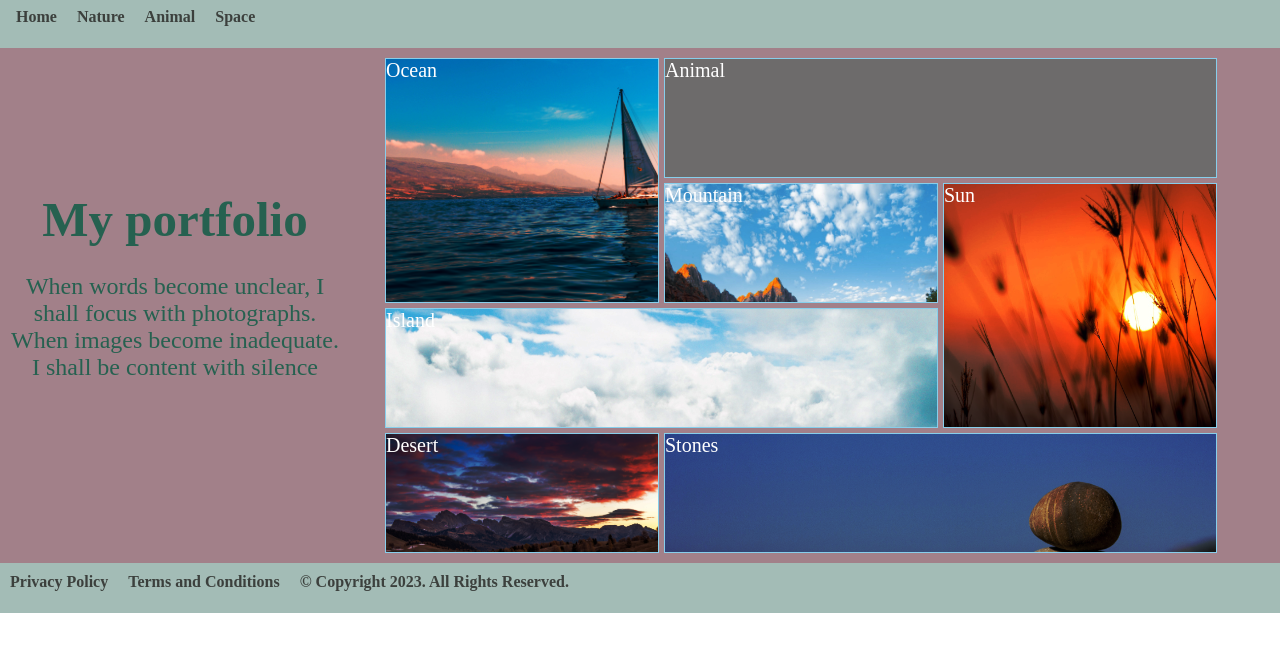
Repository: suraj-yadav7/03_Gallery_Portfolio
Page: index.html
These files come from the project's save history. The page is drawn as it stood at one moment and after the next save; the edit follows.
The browser window is 1280 px wide. The pictures show the whole page.
Pictures or frames that could not be fetched are drawn as grey boxes. Some web fonts or font styles are not loaded; a fallback is used.

Above is the page before, as saved 2023-02-14 22:08:34.

### index.html
<!DOCTYPE html>
<html lang="en">
<head>
    <meta charset="UTF-8">
    <meta http-equiv="X-UA-Compatible" content="IE=edge">
    <meta name="viewport" content="width=device-width, initial-scale=1.0">
    <title>Gallery</title>
    <link rel="stylesheet" href="style.css">
</head>
<body>
    <nav class="nav-section">
        <div class="nav-container">
        <ul class="nav-item flex">
            <li>    <a href="#">Home</a>   </li>
            <li>    <a href="#">Nature</a> </li>
            <li>    <a href="#">Animal</a> </li>
            <li>    <a href="#">Space</a> </li>
        </ul>
        </div>
    </nav>

        <div class="container flex">
            <div class="header-text">
                <h1 class="heading">My portfolio</h1>
                <p class="para">When words become unclear, I shall focus with photographs. When images become inadequate. I shall be content with silence</p>
            </div>
            <div class="gallery-layout">
                <div class="box" id="box1">Ocean</div>
                <div class="box" id="box2">Animal</div>
                <div class="box" id="box3">Mountain</div>
                <div class="box" id="box4">Sun</div>
                <div class="box" id="box5">Island</div>
                <div class="box" id="box6">Desert</div>
                <div class="box" id="box7">Stones</div>
            </div>
        </div>
        <footer>
            <div class="footer flex">
                <a>Privacy Policy</a>
                <a>Terms and Conditions</a>
                <a>© Copyright 2023. All Rights Reserved.</a>
            </div>
        </footer>
</body>
</html>

### style.css
@import url('https://fonts.googleapis.com/css2?family=Bodoni+Moda:ital,opsz@0,6..96;1,6..96&display=swap');

*{
    margin: 0;
    padding: 0;
    box-sizing: border-box;
}

:root{
    --primary-text-color: #1a0000;
    --secondary-text-color:  #33331a;
    --accent-color:  #cc99ff;
    --accent-dark-color: #4d88ff;
    --padding-inline-section: 20px;
}


/* Utility */


a{
    text-decoration: none;
    color: #3C403D;
}

.flex{
    display: flex;
    align-items: center;

}

/* Nav section */
.nav-container{
    background-color: #A3BCB6;
    padding: 1rem;
    font-family: 'Bodoni Moda', serif;
    font-size: 1rem;
    font-weight: bolder;
    height: 3rem;

}
.nav-item{
    gap: 20px;
    list-style: none;
    margin-top: -0.5rem;

}
a:hover{
    color:#fff;
}

/*main -section */
.container{
    background-color:  #a28089;
    padding-block: 10px;
    gap: 35px;
    font-family: "bodoni modo" ;


}
.header-text{
    height: 250px;
   width: 350px;
    color: white;
    text-align: center;
    padding: 10px;

}
.heading{
    font-size: 49px;
    color:#266150;
}
.para{
    margin-top: 25px;
    font-size: 1.5rem;
    color:#266150;

}
.gallery-layout{
    display: grid;
    row-gap: 5px;
    column-gap: 5px;
    grid-template-columns: repeat(3, 1fr);
    grid-auto-rows: 120px;
    flex-basis: 65%;

}

.box{
    background-color: rgb(63, 60, 60);
    border: 1px solid skyblue;
    background-size: cover;
    background-position: top;
    background-blend-mode: hard-light;
    transition: all 1s ease-in-out;
    cursor: pointer;
    color: white;
    font-size: 20px;


}
.box:hover{
    background-color:rgb(210, 204, 204) ;
    background-position: center;

    box-shadow: 0 0 4px #fff;

}

#box1{
    grid-row: span 2;
    background-image: url("images/pexels-szelei-robert-1482193.jpg");


}

#box2{
    grid-column: span 2;
    background-image: url("images/pexels-dsd-1829979.jpg");

}
#box3{
    background-image: url("images/pexels-michael-block-3225517.jpg");

}

#box4{
    grid-row: span 2;
    background-image: url("images/pexels-darwis-alwan-1454752.jpg");
}

#box5{
    grid-column: span 2;
    background-image: url("images/pexels-michael-block-3225524.jpg");

}
#box6{
    background-image: url("images/pexels-michal-lizuch-2919720.jpg");

}

#box7{
    grid-column: span 2;
    background-image: url("images/pexels-pixabay-235990.jpg");

}


/* Footer */
footer{
    height: 50px;
    max-width: 100%;
    background-color:  #A3BCB6;
    font-family: 'Bodoni Moda', serif;
    font-size: 1rem;
    font-weight: bolder;
}
footer a{
margin:  10px;
color:#3C403D;

}
/* media queries for Mobile Responsiveness */

@media screen and (max-width: 1024px){

    .container{
        flex-direction: column;
        padding: 20px;
    }
    .box{
        grid-column: span 3;
        grid-row: span 1;

    }
.gallery-layout{
    margin-top:-20px;
    width: 100%;
    grid-auto-rows: 100px;
    padding-inline: 12px;
    row-gap: 10px;

}
#box2, #box5, #box7{
    grid-column: span 3;
}

}

After the next save:
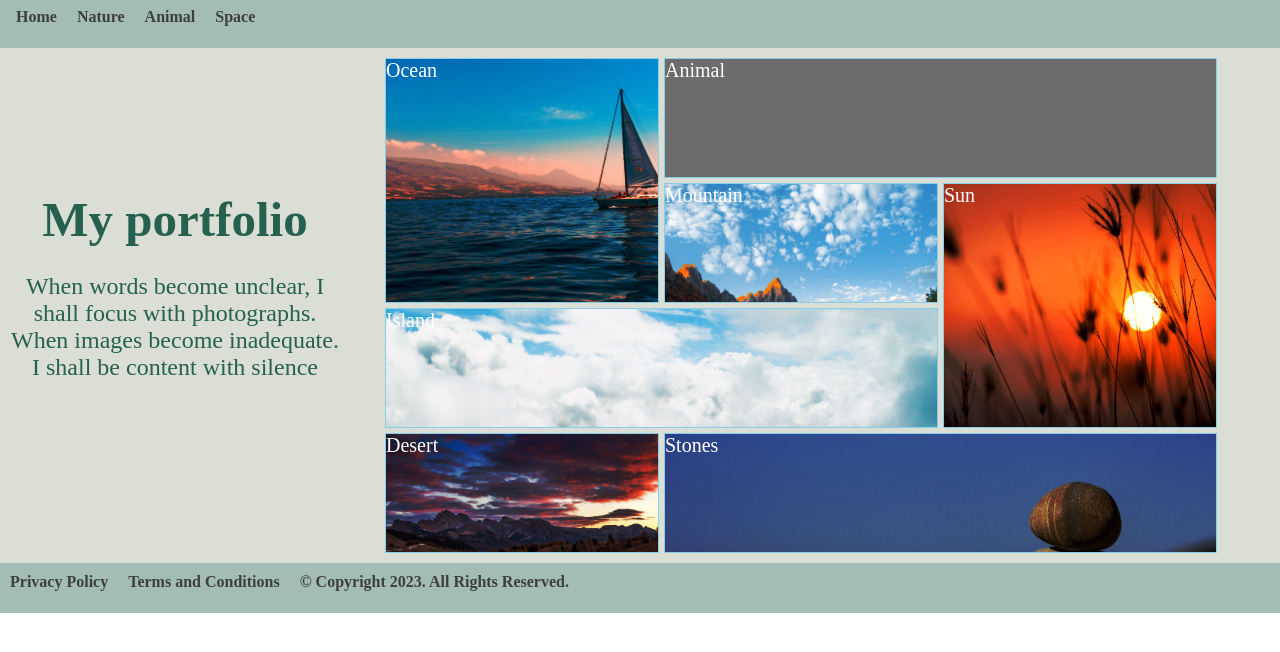
Saved 46 s later.
--- a/style.css
+++ b/style.css
@@ -51,7 +51,7 @@ a:hover{
 
 /*main -section */
 .container{
-    background-color:  #a28089;
+    background-color:  #DADED4;
     padding-block: 10px;
     gap: 35px;
     font-family: "bodoni modo" ;
